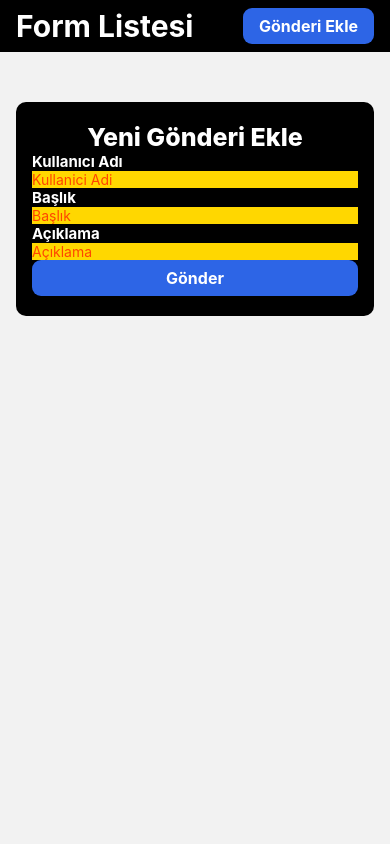
Repository: Kubraaygun/FirebaseRN
Screen: /
The author's editor kept a copy of each file at every save. The screen is drawn from the files as they stood at one save, then again after the next save.
The app was drawn by React Native's web renderer in a window 390 px wide. The project was rebuilt for these pictures with package versions that can differ from the ones it lists, and the page was loaded fresh each time. Also part of the build but not shown: src/screens/ListPost/ListPostView.jsx, src/screens/ListPost/ListPostController.jsx.

Above is the screen before, as saved 2025-01-20 20:49:46.

After the next save:
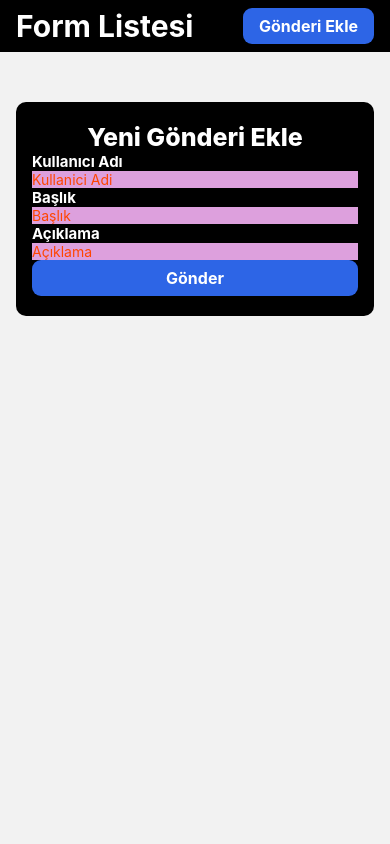
Saved 5 s later.
--- a/src/screens/AddPost/AddPostView.jsx
+++ b/src/screens/AddPost/AddPostView.jsx
@@ -61,6 +61,6 @@ const styles = StyleSheet.create({
     fontWeight: '700',
   },
   input: {
-    backgroundColor: 'gold',
+    backgroundColor: 'plum',
   },
 });
